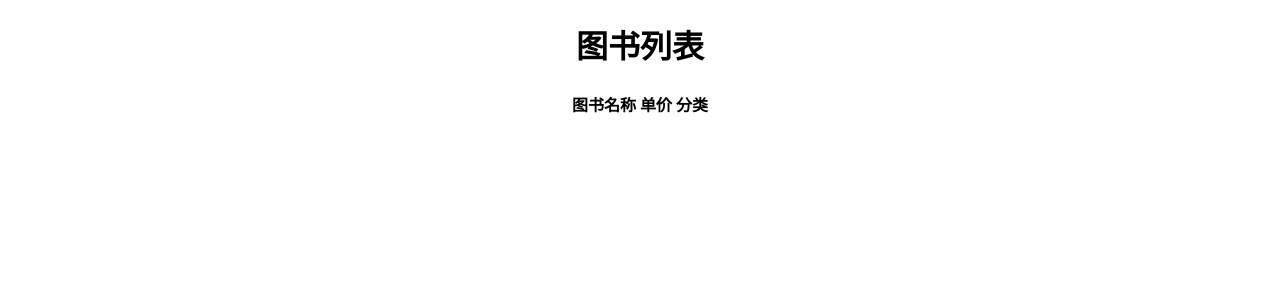
Repository: EthanZmr/myCode
Page: http://localhost/filter_demo/show_book.jsp
An editor plug-in stored every save of this project. The page is shown before and after the next save, followed by the edit.
The browser window is 1280 px wide. The pictures show the whole page.
The page is served by Tomcat 9.

Above is the page before, as saved 2018-12-19 21:39:05.

After the next save:
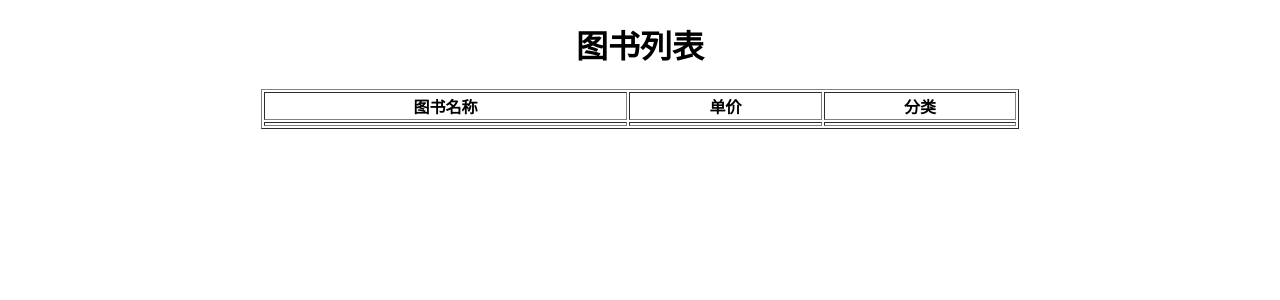
Saved 30 s later.
--- a/filter_demo/WebContent/show_book.jsp
+++ b/filter_demo/WebContent/show_book.jsp
@@ -8,7 +8,7 @@
 </head>
 <body>
 	<h1 align="center">图书列表</h1>
-	<table align="center">
+	<table align="center" width="60%" border="1">
 		<tr>
 			<th>图书名称</th>
 			<th>单价</th>
